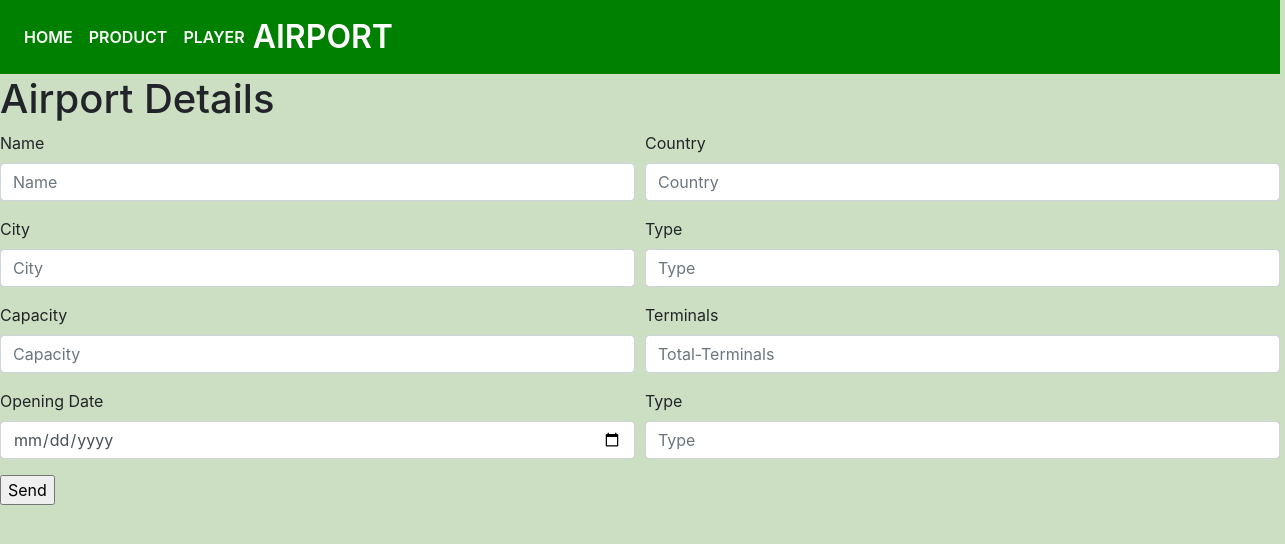
Repository: 05Mohammedismail/xworkz--Advance-Java
Page: http://localhost/Sep13_JSP/airport.jsp
The author's editor kept a copy of each file at every save. The page is drawn from the files as they stood at one save, then again after the next save.
The browser window is 1280 px wide. The page is 1285 px wide, so the pictures cover 1285 px, including what lies to the right of the window. The pictures show the whole page.
The page is served by Tomcat 9. Other server files are loaded and not shown.

Above is the page before, as saved 2023-09-13 20:08:41.

### Sep13_JSP/src/main/webapp/airport.jsp
<%@ page language="java" contentType="text/html; charset=ISO-8859-1"
    pageEncoding="ISO-8859-1"%>
<!doctype html>
<html lang="en">
  <head>
    <meta charset="utf-8">
    <meta name="viewport" content="width=device-width, initial-scale=1">
    <title>MY-JSP</title>
<link rel="stylesheet" href="https://cdn.jsdelivr.net/npm/bootstrap@4.1.3/dist/css/bootstrap.min.css" integrity="sha384-MCw98/SFnGE8fJT3GXwEOngsV7Zt27NXFoaoApmYm81iuXoPkFOJwJ8ERdknLPMO" crossorigin="anonymous">

<style type="text/css">

body{
background-color: rgb(204, 223, 194);
}
.navbar-brand{
font-size: 2em;
}
.navbar{
background: green;
margin-bottom: 1px;
font-weight:600;
color: white;
}
.nav-link:hover{
text-decoration: underline;
}

</style>
</head>

  <body>
   <nav class="navbar navbar-expand-lg navbar-light">
  <div class="collapse navbar-collapse" id="navbarNav">
    <ul class="navbar-nav">
      <li class="nav-item">
        <a class="nav-link text-white" href="index.jsp">HOME</a>
      </li>
      <li class="nav-item">
        <a class="nav-link text-white" href="product.jsp">PRODUCT</a>
      </li>
      <li class="nav-item">
        <a class="nav-link text-white" href="player.jsp">PLAYER</a>
      </li>
    </ul>
    <a class="navbar-brand">AIRPORT</a>
  <button class="navbar-toggler" type="button" data-toggle="collapse" data-target="#navbarNav" aria-controls="navbarNav" aria-expanded="false" aria-label="Toggle navigation">
    <span class="navbar-toggler-icon"></span>
  </button>
  </div>
</nav>

<h1>Airport Details</h1>
<form action="airport" method="post">
  <div class="form-row">
    <div class="form-group col-md-6">
      <label class="label">Name</label>
      <input type="text" class="form-control" placeholder="Name" name="name">
    </div>

    <div class="form-group col-md-6">
      <label>Country</label>
      <input type="text" class="form-control" placeholder="Country" name="country">
    </div>

    <div class="form-group col-md-6">
      <label >City</label>
      <input type="text" class="form-control" placeholder="City" name="city">
    </div>


    <div class="form-group col-md-6">
      <label >Type</label>
      <input type="text" class="form-control" placeholder="Type" name="type">
    </div>

    <div class="form-group col-md-6">
      <label>Capacity</label>
      <input type="number" class="form-control" placeholder="Capacity" name="capacity">
    </div>

    <div class="form-group col-md-6">
      <label>Terminals</label>
      <input type="number" class="form-control" placeholder="Total-Terminals" name="terminals">
    </div>

    <div class="form-group col-md-6">
      <label >Opening Date</label>
      <input type="date" class="form-control" placeholder="Opening-Date" name="type">
    </div>

    <div class="form-group col-md-6">
      <label >Type</label>
      <input type="text" class="form-control" placeholder="Type" name="type">
    </div>
 </div>
 <input class="send" type="submit" value="Send">
</form>
    <script src="https://cdn.jsdelivr.net/npm/bootstrap@5.3.1/dist/js/bootstrap.bundle.min.js" integrity="sha384-HwwvtgBNo3bZJJLYd8oVXjrBZt8cqVSpeBNS5n7C8IVInixGAoxmnlMuBnhbgrkm" crossorigin="anonymous"></script>
  </body>
</html>

After the next save:
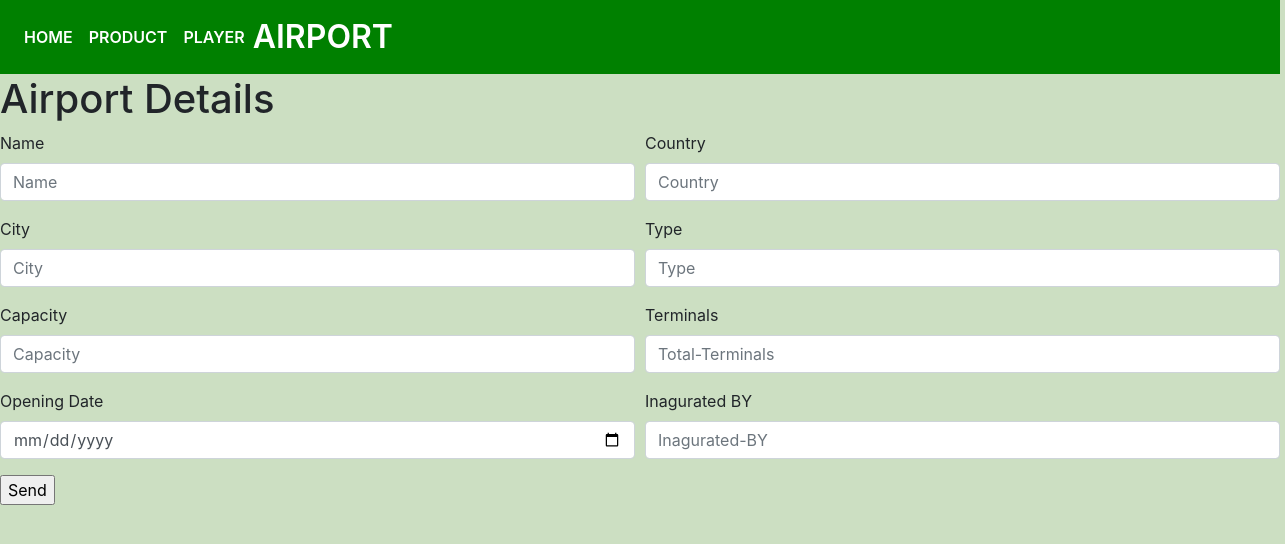
Saved 45 s later.
--- a/Sep13_JSP/src/main/webapp/airport.jsp
+++ b/Sep13_JSP/src/main/webapp/airport.jsp
@@ -86,12 +86,12 @@ text-decoration: underline;
 
     <div class="form-group col-md-6">
       <label >Opening Date</label>
-      <input type="date" class="form-control" placeholder="Opening-Date" name="type">
+      <input type="date" class="form-control" placeholder="Opening-Date" name="open">
     </div>
 
     <div class="form-group col-md-6">
-      <label >Type</label>
-      <input type="text" class="form-control" placeholder="Type" name="type">
+      <label >Inagurated BY</label>
+      <input type="text" class="form-control" placeholder="Inagurated-BY" name="inaguratedBY">
     </div>
  </div>
  <input class="send" type="submit" value="Send">
